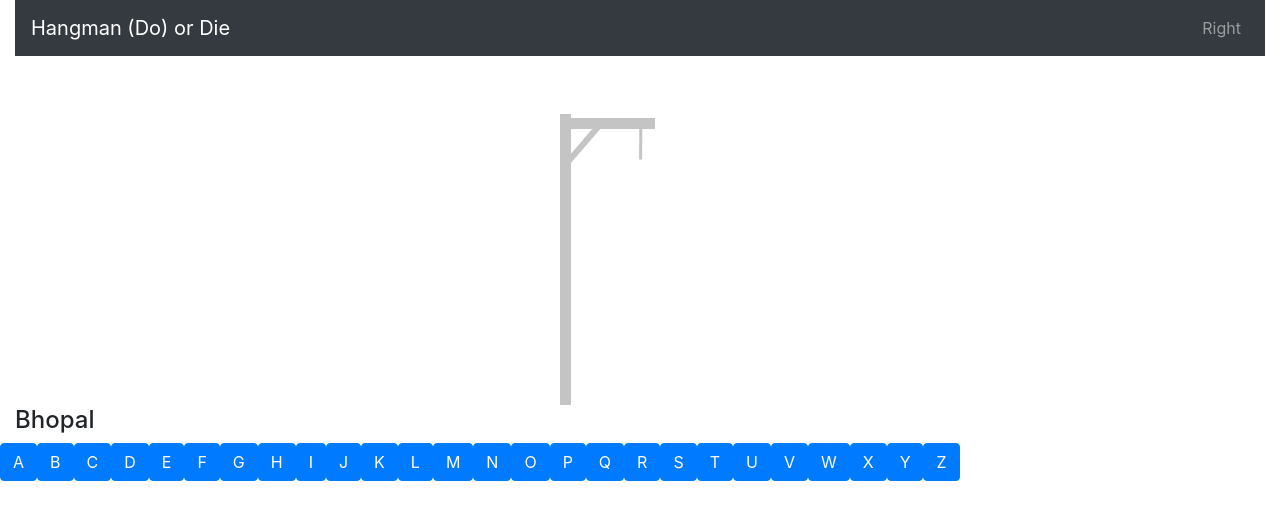
Repository: jatinhchanchlani/hangman
Page: /
The author's editor kept a copy of each file at every save. The page is drawn from the files as they stood at one save, then again after the next save.
The browser window is 1280 px wide. The pictures show the whole page.
The project was rebuilt for these pictures with package versions that can differ from the ones it lists, and the page was loaded fresh each time. Also part of the build but not shown: src/App.css.

Above is the page before, as saved 2020-10-17 16:38:46.

### src/index.js
import React from 'react';
import ReactDOM from 'react-dom';
import './index.css';
import App from './App';
import * as serviceWorker from './serviceWorker';
import 'bootstrap/dist/css/bootstrap.css';

ReactDOM.render( <
  React.StrictMode >
  <
  App / >
  <
  /React.StrictMode>,
  document.getElementById('root')
);

// If you want your app to work offline and load faster, you can change
// unregister() to register() below. Note this comes with some pitfalls.
// Learn more about service workers: https://bit.ly/CRA-PWA
serviceWorker.unregister();

### src/App.js
import React from 'react';
import './App.css';
import Game from './components/game';

function App() {
  return ( <
    Game / >
  );
}

export default App;

### src/components/game.jsx
import React, { Component } from "react";
import Image from "./image";
import Header from "./header";
import Letters from "./letters";
import { getRandomCity } from "../model/cities";

const MAX_CHOICES = 6;

class Game extends Component {
  state = { choicesLeft: MAX_CHOICES };
  render() {
    return (
      <div className="container-fluid">
        <Header choicesLeft={this.state.choicesLeft} />
        <Image />

        <h4>{getRandomCity()}</h4>
        <Letters />
      </div>
    );
  }
}

export default Game;

### src/components/image.jsx
import React, { Component } from "react";

class Image extends Component {
  render() {
    return (
      <div className="row">
        <div className="col col-sm-5"></div>
        <img
          className="card-image image-fluid"
          src={require("../images/0.jpg")}
          alt="test"
          onClick={() => this.props.onClick(this.props.card)}
        />
      </div>
    );
  }
}

export default Image;

### src/components/header.jsx
import React, { Component } from "react";

class Header extends Component {
  render() {
    return (
      <nav class="navbar navbar-expand-md navbar-dark bg-dark">
        <div class="navbar-collapse collapse w-100 order-1 order-md-0 dual-collapse2">
          <div class="navbar-brand" href="#">
            Hangman (Do) or Die
          </div>
        </div>
        <div class="navbar-collapse collapse w-100 order-3 dual-collapse2">
          <ul class="navbar-nav ml-auto">
            <li class="nav-item">
              <a class="nav-link" href="#">
                Right
              </a>
            </li>
          </ul>
        </div>
      </nav>
    );
  }
}

export default Header;

### src/components/letters.jsx
import React, { Component } from "react";

class Letters extends Component {
  render() {
    return (
      <div className="row">
        {Array(26)
          .fill()
          .map((_, index) => String.fromCharCode("A".charCodeAt(0) + index))
          .map((char) => (
            <button key={char} className="btn btn-primary">
              {char}
            </button>
          ))}
      </div>
    );
  }
}

export default Letters;

### src/model/cities.js
const MIN = 0;
const MAX = 24;

const cities = {
    0: "Mumbai",
    1: "New Delhi",
    2: "Chennai",
    3: "Hyderabad",
    4: "Bengaluru",
    5: "Ahmedabad",
    6: "Jaipur",
    7: "Kolkata",
    8: "Lucknow",
    9: "Bhopal",
    10: "Chandigarh",
    11: "Patna",
    12: "Jabalpur",
    13: "Pune",
    14: "Surat",
    15: "Indore",
    16: "Kanpur",
    17: "Visakhapatnam",
    18: "Agra",
    19: "Varanasi",
    20: "Amritsar",
    21: "Udaipur",
    22: "Noida",
    23: "Ludhiana",
    24: "Gwalior",
}

// Returns a random number between min and max. Min and max are both inclusive
export function getRandomIntInclusive(min, max) {
    min = Math.ceil(min);
    max = Math.floor(max);
    return Math.floor(Math.random() * (max - min + 1) + min);
}

export function getRandomCity() {
    return cities[getRandomIntInclusive(MIN, MAX)];
}

Loaded but not shown: public/index.html (common file); src/index.css (common file); src/serviceWorker.js (common file)

After the next save:
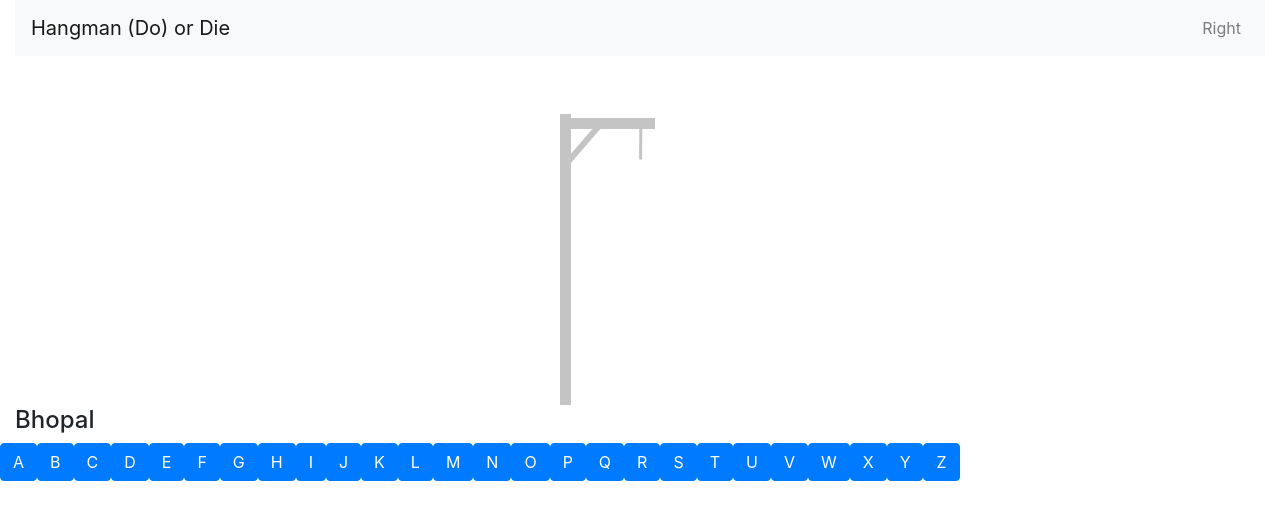
Saved 12 s later.
--- a/src/components/header.jsx
+++ b/src/components/header.jsx
@@ -3,7 +3,7 @@ import React, { Component } from "react";
 class Header extends Component {
   render() {
     return (
-      <nav class="navbar navbar-expand-md navbar-dark bg-dark">
+      <nav class="navbar navbar-expand-md navbar-light bg-light">
         <div class="navbar-collapse collapse w-100 order-1 order-md-0 dual-collapse2">
           <div class="navbar-brand" href="#">
             Hangman (Do) or Die
